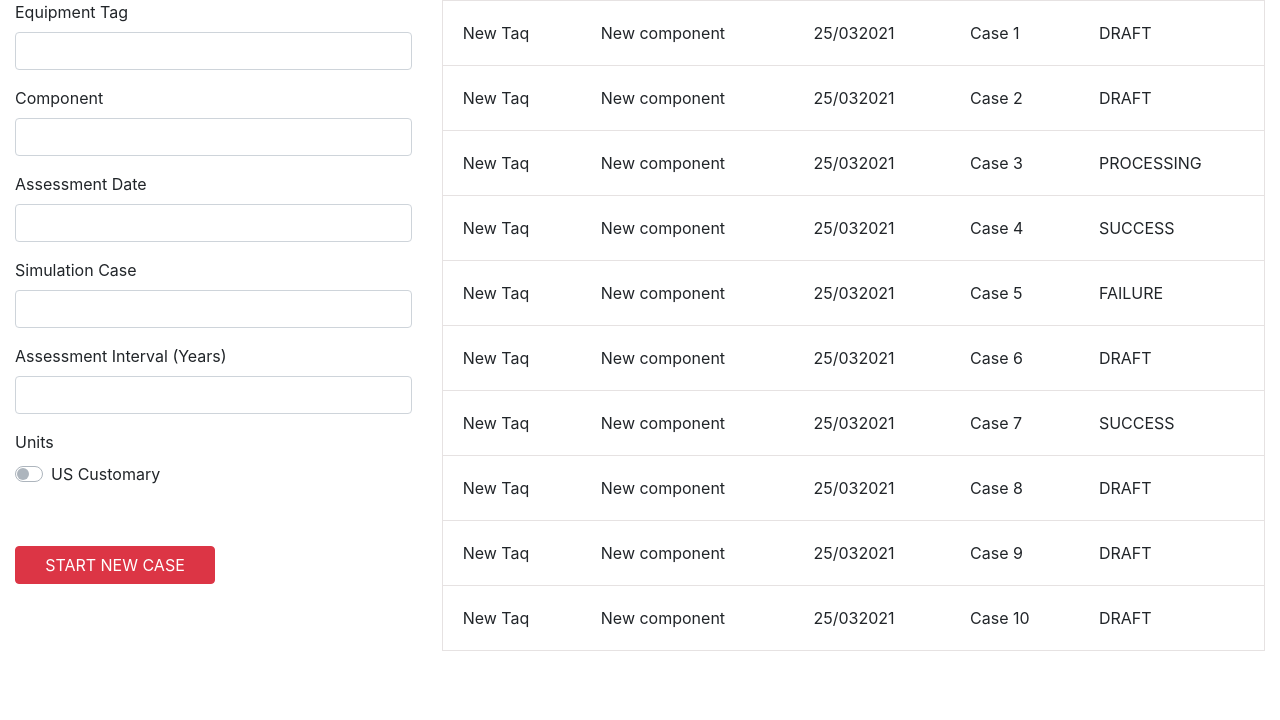
Repository: arif286/dashboard
Page: /
An editor plug-in stored every save of this project. The page is shown before and after a run of saves, followed by the edit.
The browser window is 1280 px wide. The pictures show the whole page.
The project was rebuilt for these pictures with package versions that can differ from the ones it lists, and the page was loaded fresh each time. The framework's server and built-in components were replaced by stand-ins that run in the browser. Also part of the build but not shown: nuxt.config.js, components/Nav.vue.

Above is the page before, as saved 2021-06-18 18:57:05.

### components/Form.vue
<template>
  <div>
    <form class="Assessment-input" action="">
      <div class="mb-3">
        <label for="Input1" class="form-label">Equipment Tag</label>
        <input id="Input1" type="text" class="form-control">
      </div>
      <div class="mb-3">
        <label for="Input2" class="form-label">Component</label>
        <input id="Input2" type="text" class="form-control">
      </div>
      <div class="mb-3">
        <label for="Input3" class="form-label">Assessment Date</label>
        <input id="Input3" type="text" class="form-control">
      </div>
      <div class="mb-3">
        <label for="Input4" class="form-label">Simulation Case</label>
        <input id="Input4" type="text" class="form-control">
      </div>
      <div class="mb-3">
        <label for="Input5" class="form-label">Assessment Interval (Years)</label>
        <input id="Input5" type="text" class="form-control">
      </div>
      <div>
        <label for="Input5" class="form-label">Units</label>
        <b-form-checkbox v-model="checked" name="check-button" switch>
          US Customary
        </b-form-checkbox>
      </div>
      <b-button class="submit-button" type="submit" variant="danger">
        START NEW CASE
      </b-button>
    </form>
  </div>
</template>
<script>
export default {
  data () {
    return {
      form: {
        email: '',
        name: '',
        food: null,
        checked: []
      },
      foods: [
        { text: 'Select One', value: null },
        'Carrots',
        'Beans',
        'Tomatoes',
        'Corn'
      ],
      show: true,
      checked: false
    }
  },
  methods: {
    onSubmit (event) {
      event.preventDefault()
      alert(JSON.stringify(this.form))
    }
  }
}
</script>
<style>
.submit-button {
  width: 200px;
  margin-top: 60px;
}
.Assessment-input input:focus {
  border-color: red;
  box-shadow: none;
}
</style>

### components/Table.vue
<template>
  <table class="w-100 table-border">
    <!-- <thead>
        <tr>
          <th className="text-secondary" scope="col">
            Name
          </th>
          <th className="text-secondary" scope="col">
            Email Id
          </th>
          <th className="text-secondary" scope="col">
            Service
          </th>
          <th className="text-secondary" scope="col">
            pay with
          </th>
          <th className="text-secondary" scope="col">
            status
          </th>
        </tr>
      </thead> -->
    <tbody>
      <tr v-for="item in data" :key="item.id">
        <td>{{ item.equipmentTag }}</td>
        <td>{{ item.component }}</td>
        <td>{{ item.assessmentDate }}</td>
        <td>Case {{ item.case }}</td>
        <td>{{ item.status }}</td>
      </tr>
    </tbody>
  </table>
</template>

<script>
export default {
  props: {
    data: {
      type: Array,
      required: true
    }
  }
}
</script>
<style scoped>

.table-border tr{
 border: 1px solid #e6e2e2;
}
.table-border td{
  padding: 20px;
}
</style>

### pages/index.vue
<template>
  <div class="container">
    <div class="row">
      <div class="col-4">
        <Form />
      </div>
      <div class="col-8">
        <Table :data="dashboardData" />
      </div>
    </div>
  </div>
</template>

<script>
import { dashboardData } from '@/assets/dashboard.js'
// eslint-disable-next-line semi
export default {
  data () {
    return { dashboardData }
  }
}
</script>

<style>
.container {
  max-width: 1760px;
}
</style>

### assets/dashboard.js
export const dashboardData = [
  {
    id: 1,
    equipmentTag: 'New Taq',
    component: 'New component',
    assessmentDate: '25/032021',
    case: 1,
    status: 'DRAFT'
  },
  {
    id: 2,
    equipmentTag: 'New Taq',
    component: 'New component',
    assessmentDate: '25/032021',
    case: 2,
    status: 'DRAFT'
  },
  {
    id: 3,
    equipmentTag: 'New Taq',
    component: 'New component',
    assessmentDate: '25/032021',
    case: 3,
    status: 'PROCESSING',
    copy: true
  },
  {
    id: 4,
    equipmentTag: 'New Taq',
    component: 'New component',
    assessmentDate: '25/032021',
    case: 4,
    status: 'SUCCESS',
    copy: true
  },
  {
    id: 5,
    equipmentTag: 'New Taq',
    component: 'New component',
    assessmentDate: '25/032021',
    case: 5,
    status: 'FAILURE',
    copy: true
  },
  {
    id: 6,
    equipmentTag: 'New Taq',
    component: 'New component',
    assessmentDate: '25/032021',
    case: 6,
    status: 'DRAFT'
  },
  {
    id: 7,
    equipmentTag: 'New Taq',
    component: 'New component',
    assessmentDate: '25/032021',
    case: 7,
    status: 'SUCCESS',
    copy: true
  },
  {
    id: 8,
    equipmentTag: 'New Taq',
    component: 'New component',
    assessmentDate: '25/032021',
    case: 8,
    status: 'DRAFT'
  },
  {
    id: 9,
    equipmentTag: 'New Taq',
    component: 'New component',
    assessmentDate: '25/032021',
    case: 9,
    status: 'DRAFT'
  },
  {
    id: 10,
    equipmentTag: 'New Taq',
    component: 'New component',
    assessmentDate: '25/032021',
    case: 10,
    status: 'DRAFT'
  }
]

Loaded but not shown: layouts/default.vue (common file)

After the next 10 saves:
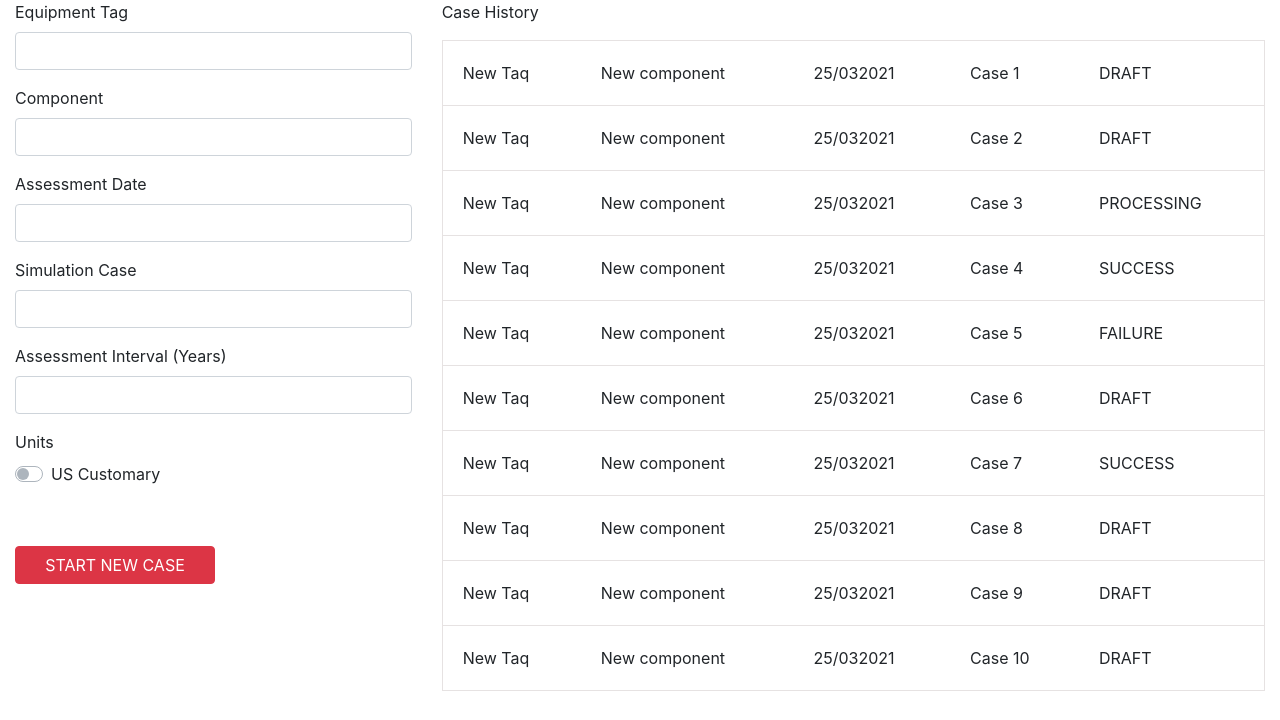
The 10 saves are shown as one change because 3 did not build or start and some came seconds apart.
The last was saved 74 s later.
--- a/components/Table.vue
+++ b/components/Table.vue
@@ -1,6 +1,8 @@
 <template>
-  <table class="w-100 table-border">
-    <!-- <thead>
+  <div>
+    <p>Case History</p>
+    <table class="w-100 table-border">
+      <!-- <thead>
         <tr>
           <th className="text-secondary" scope="col">
             Name
@@ -19,16 +21,17 @@
           </th>
         </tr>
       </thead> -->
-    <tbody>
-      <tr v-for="item in data" :key="item.id">
-        <td>{{ item.equipmentTag }}</td>
-        <td>{{ item.component }}</td>
-        <td>{{ item.assessmentDate }}</td>
-        <td>Case {{ item.case }}</td>
-        <td>{{ item.status }}</td>
-      </tr>
-    </tbody>
-  </table>
+      <tbody>
+        <tr v-for="item in data" :key="item.id">
+          <td>{{ item.equipmentTag }}</td>
+          <td>{{ item.component }}</td>
+          <td>{{ item.assessmentDate }}</td>
+          <td>Case {{ item.case }}</td>
+          <td>{{ item.status }}</td>
+        </tr>
+      </tbody>
+    </table>
+  </div>
 </template>
 
 <script>
